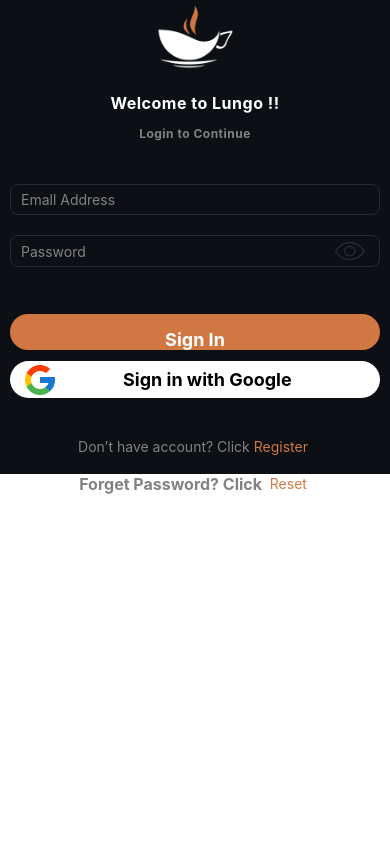
Repository: nguoilaisaochoi/App-coffe
Screen: /
These files come from the project's save history. The screen is drawn as it stood at one moment and after a run of saves; the edit follows.
The app was drawn by React Native's web renderer in a window 390 px wide. The project was rebuilt for these pictures with package versions that can differ from the ones it lists, and the page was loaded fresh each time.

Above is the screen before, as saved 2024-01-12 21:18:42.

After the next 3 saves:
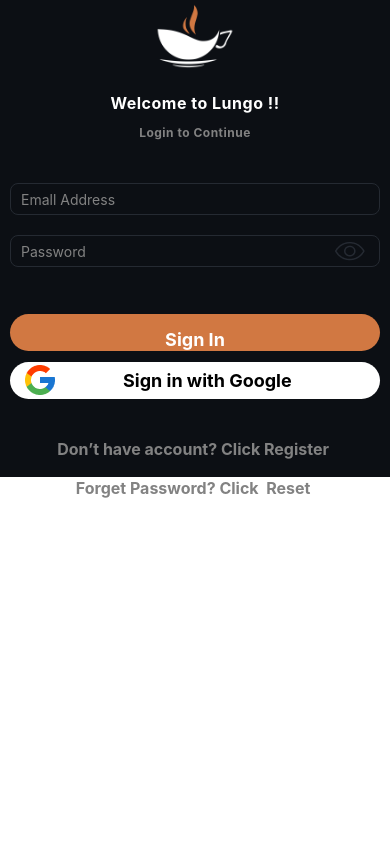
The 3 saves are shown as one change because they came seconds apart.
The last was saved 21 s later.
--- a/src/Login.js
+++ b/src/Login.js
@@ -55,12 +55,12 @@
           <Text style={mystyle.buttonText2}>Sign in with Google</Text>
         </TouchableOpacity>
         <View style={mystyle.donacc}>
-          <Text style={{color: '#828282'}}>Don’t have account? Click </Text>
-          <Text style={{color: '#D17842'}}>Register </Text>
+          <Text style={mystyle.donaccText}>Don’t have account? Click </Text>
+          <Text style={mystyle.donaccText}>Register </Text>
         </View>
         <View style={mystyle.donacc}>
           <Text style={mystyle.donaccText}>Forget Password? Click </Text>
-          <Text style={{color: '#D17842'}}> Reset </Text>
+          <Text style={mystyle.donaccText}> Reset </Text>
         </View>
       </View>
     </View>
